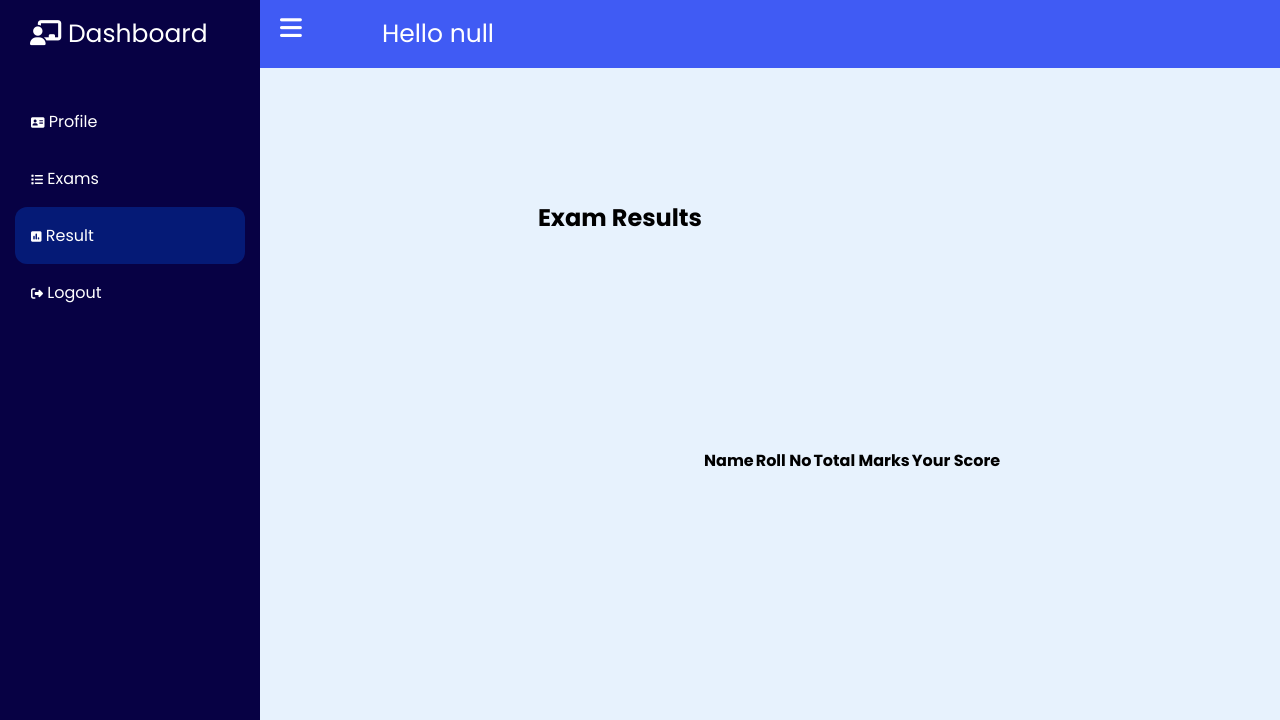
Repository: Buddhadip/ExamPortalApp_struts
Page: http://localhost/ExamWizard/WEB-INF/views/studentResult.jsp
An editor plug-in stored every save of this project. The page is shown before and after the next save, followed by the edit.
The browser window is 1280 px wide. The pictures show the whole page.
The page is served by Tomcat 9. Nobody is signed in. The template is opened directly, without the code that normally fills it, so the values that code supplies are empty.

Above is the page before, as saved 2023-07-21 08:48:08.

After the next save:
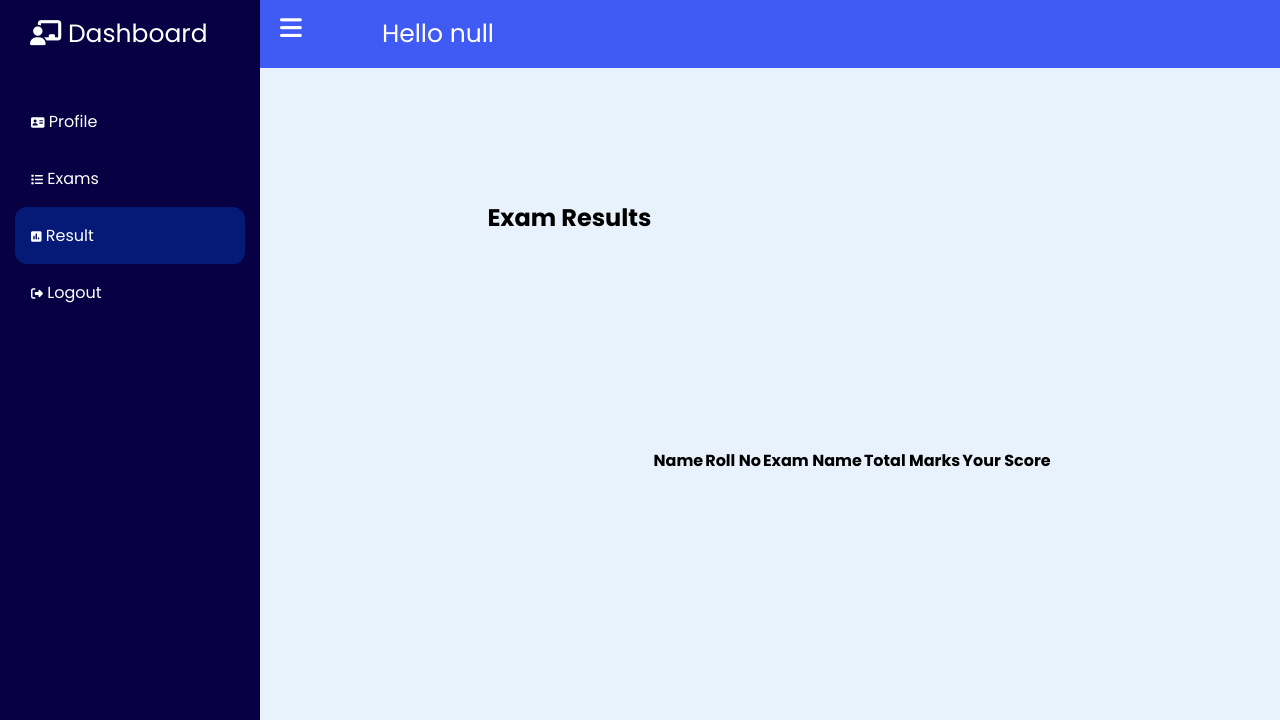
Saved 16 s later.
--- a/ExamWizard/src/main/webapp/WEB-INF/views/studentResult.jsp
+++ b/ExamWizard/src/main/webapp/WEB-INF/views/studentResult.jsp
@@ -62,6 +62,7 @@
         <tr>
             <th>Name</th>
             <th>Roll No</th>
+            <th>Exam Name</th>
             <th>Total Marks</th>
             <th>Your Score</th>
         </tr>
